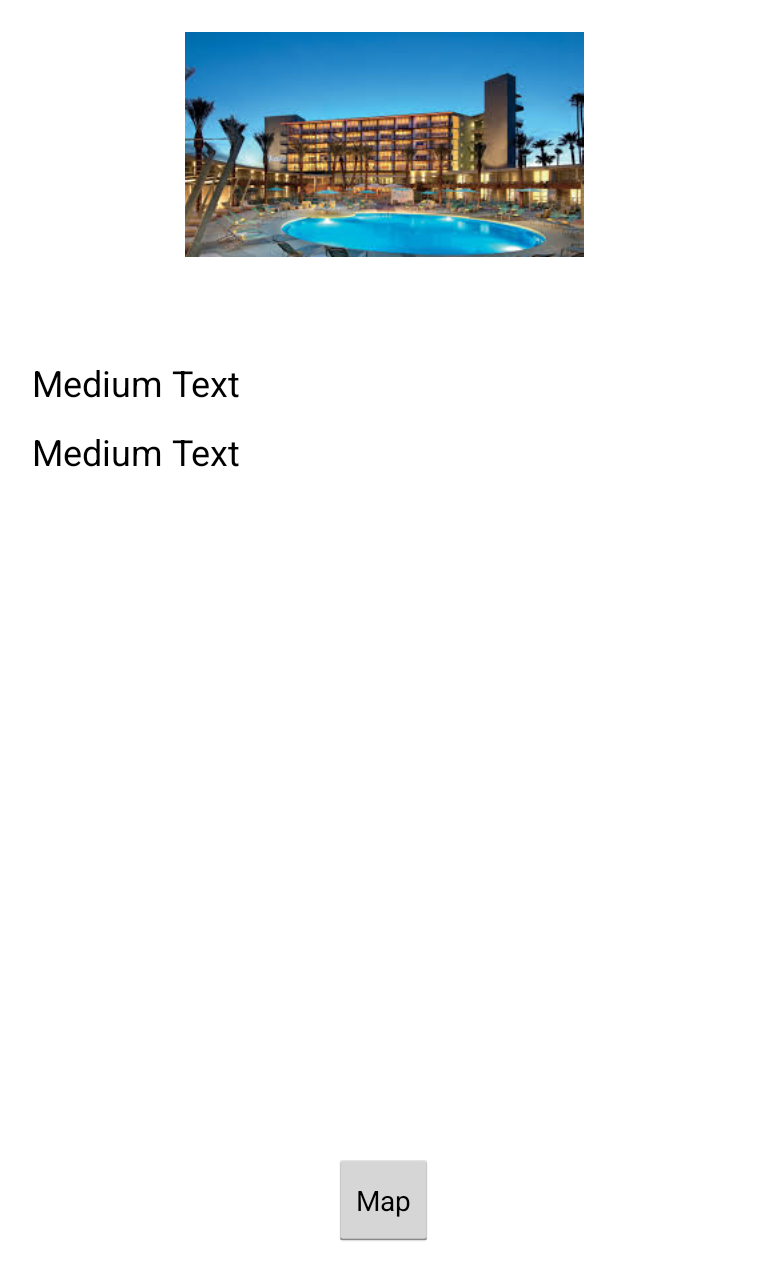
Repository: alyssialui/NCMS
Layout: CodeSprint/HotelLocator/res/layout/activity_details.xml
The author's editor kept a copy of each file at every save. The layout is drawn from the files as they stood at one save, then again after the next save.
It is drawn on a 768 x 1280 px phone screen (xhdpi) without system bars, with theme AppTheme; the app's code is not run.

Above is the layout before, as saved 2013-04-09 02:59:55.

### CodeSprint/HotelLocator/res/layout/activity_details.xml
<RelativeLayout xmlns:android="http://schemas.android.com/apk/res/android"
    xmlns:tools="http://schemas.android.com/tools"
    android:layout_width="match_parent"
    android:layout_height="match_parent"
    android:paddingBottom="@dimen/activity_vertical_margin"
    android:paddingLeft="@dimen/activity_horizontal_margin"
    android:paddingRight="@dimen/activity_horizontal_margin"
    android:paddingTop="@dimen/activity_vertical_margin"
    tools:context=".DetailsFragment" >

    <ImageView
        android:id="@+id/imageView1"
        android:layout_width="match_parent"
        android:layout_height="wrap_content"
        android:layout_alignParentLeft="true"
        android:layout_alignParentTop="true"
        android:src="@drawable/images" />

    <TextView
        android:id="@+id/hotelName"
        android:layout_width="match_parent"
        android:layout_height="wrap_content"
        android:layout_below="@+id/imageView1"
        android:layout_marginTop="10dp"
        android:textSize = "15sp"/>

    <TextView
        android:id="@+id/hotelAddress"
        android:layout_width="match_parent"
        android:layout_height="wrap_content"
        android:layout_below="@+id/hotelName"
        android:layout_marginTop="20dp"
        android:text="Medium Text"
        android:textAppearance="?android:attr/textAppearanceMedium" />

    <TextView
        android:id="@+id/hotelDescription"
        android:layout_width="match_parent"
        android:layout_height="wrap_content"
        android:layout_below="@+id/hotelAddress"
        android:layout_marginTop="10dp"
        android:text="Medium Text"
        android:textAppearance="?android:attr/textAppearanceMedium" />

    <Button
        android:id="@+id/mapButton"
        style="?android:attr/buttonStyleSmall"
        android:layout_width="wrap_content"
        android:layout_height="wrap_content"
        android:layout_alignParentBottom="true"
        android:layout_centerHorizontal="true"
        android:text="Map" />

</RelativeLayout>

Loaded but not shown: CodeSprint/HotelLocator/res/values/styles.xml (common file); CodeSprint/HotelLocator/res/values-v11/styles.xml (common file); CodeSprint/HotelLocator/res/values-v14/styles.xml (common file); CodeSprint/HotelLocator/res/values/dimens.xml (common file)

After the next save:
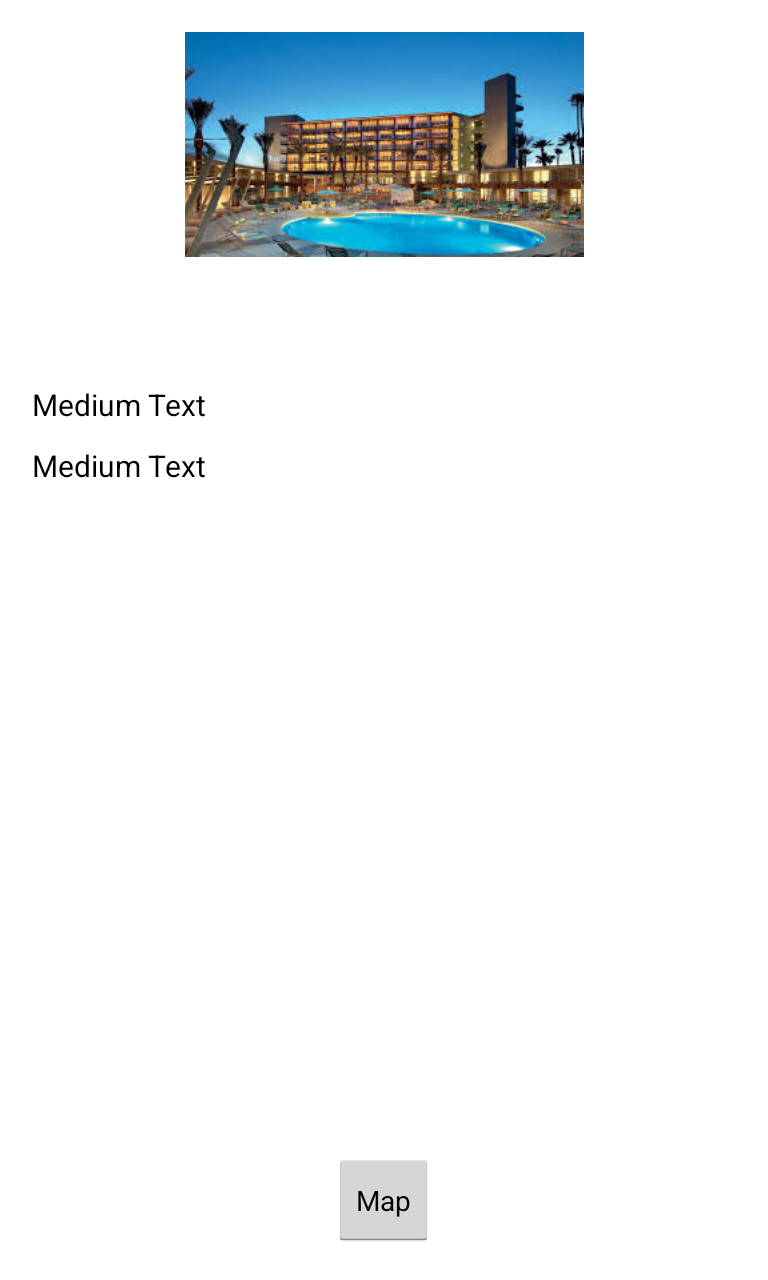
Saved 4 min 35 s later.
--- a/CodeSprint/HotelLocator/res/layout/activity_details.xml
+++ b/CodeSprint/HotelLocator/res/layout/activity_details.xml
@@ -22,7 +22,8 @@
         android:layout_height="wrap_content"
         android:layout_below="@+id/imageView1"
         android:layout_marginTop="10dp"
-        android:textSize = "15sp"/>
+        android:gravity = "center"
+        android:textSize = "25sp"/>
 
     <TextView
         android:id="@+id/hotelAddress"
@@ -30,6 +31,7 @@
         android:layout_height="wrap_content"
         android:layout_below="@+id/hotelName"
         android:layout_marginTop="20dp"
+        android:textSize = "15sp"
         android:text="Medium Text"
         android:textAppearance="?android:attr/textAppearanceMedium" />
 
@@ -39,6 +41,7 @@
         android:layout_height="wrap_content"
         android:layout_below="@+id/hotelAddress"
         android:layout_marginTop="10dp"
+        android:textSize = "15sp"
         android:text="Medium Text"
         android:textAppearance="?android:attr/textAppearanceMedium" />
 
